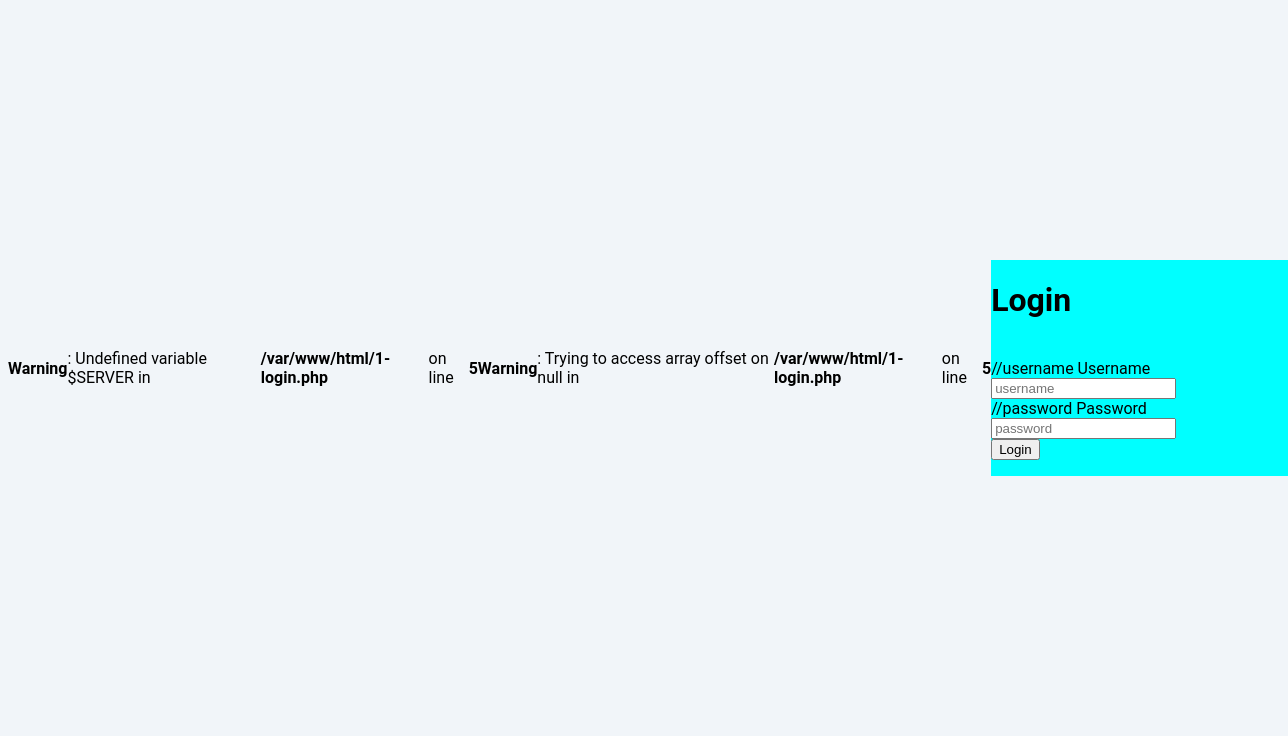
Repository: musdalifahzahra/Projek-Akhir-PWD-2026
Page: http://localhost/1-login.php
The author's editor kept a copy of each file at every save. The page is drawn from the files as they stood at one save, then again after a run of saves.
The browser window is 1280 px wide. The page is 1288 px wide, so the pictures cover 1288 px, including what lies to the right of the window. The pictures show the whole page.
The page is run by PHP 8.4 with error messages shown; the project is at /var/www/html/.

Above is the page before, as saved 2026-04-10 20:30:00.

After the next 3 saves:
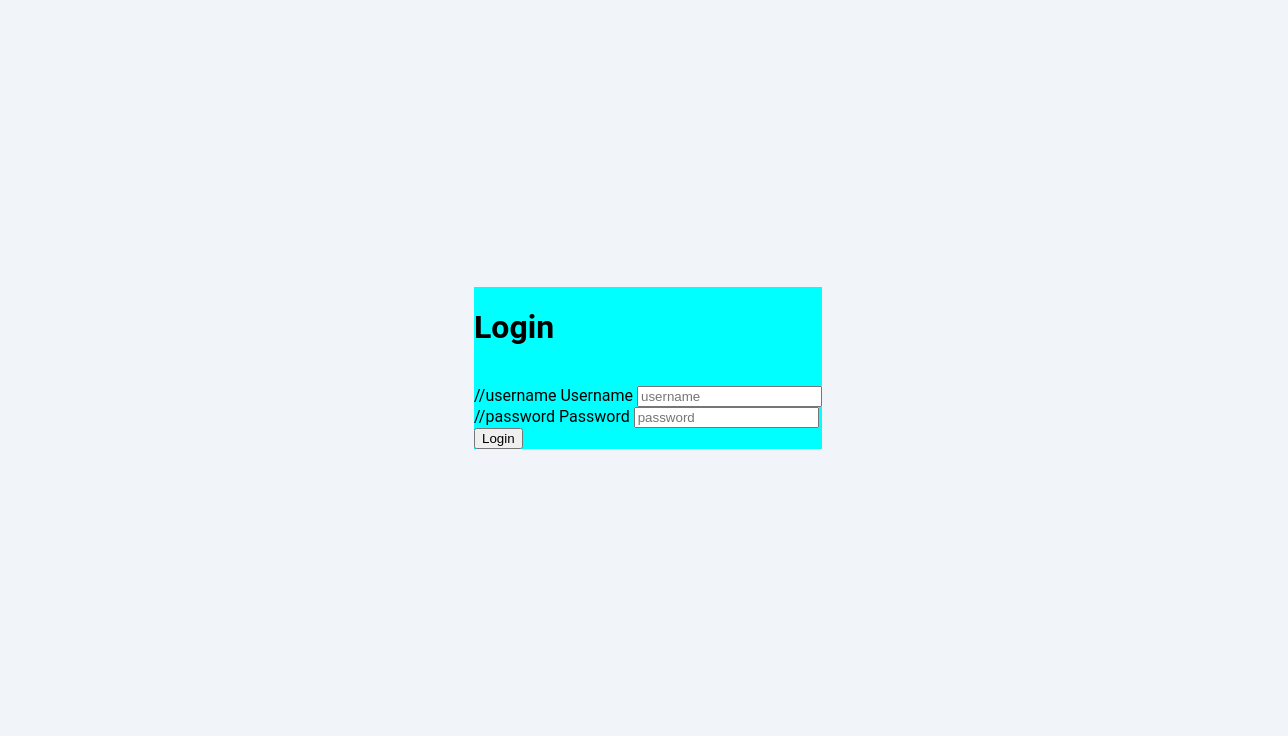
The 3 saves are shown as one change because they came seconds apart.
The last was saved 24 s later.
--- a/1-login.php
+++ b/1-login.php
@@ -2,10 +2,10 @@
 session_start();
 $error = false;
 
-if ($SERVER["REQUEST_METHOD"] == "POST") {
+if ($_SERVER["REQUEST_METHOD"] == "POST") {
     //php variabel
-    $username = $post["username"];
-    $password = $post["password"];
+    $username = $_post["username"];
+    $password = $_post["password"];
 
     //cek informasi login
     if ($username === "a" and $password === "a") {
